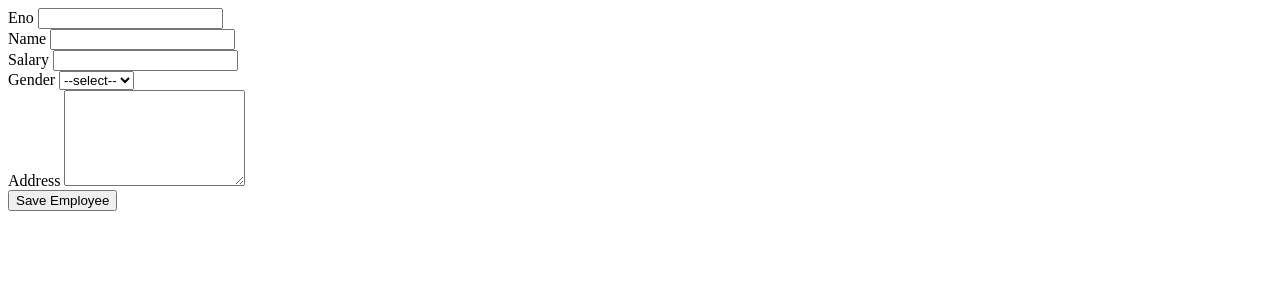
Repository: rajneesh1008/JavaWorld
Page: http://localhost/MOC1/Emp.jsp
These files come from the project's save history. The page is drawn as it stood at one moment and after the next save; the edit follows.
The browser window is 1280 px wide. The pictures show the whole page.
The page is served by Tomcat 9.

Above is the page before, as saved 2019-05-06 01:10:07.

After the next save:
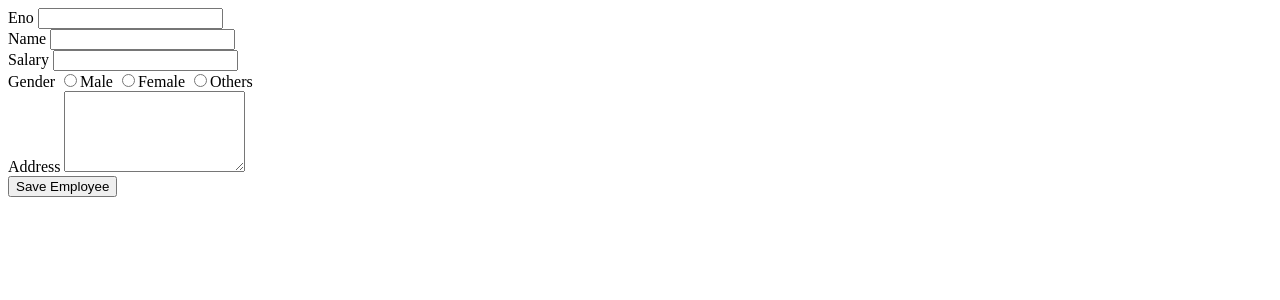
Saved 5 min 26 s later.
--- a/Project/MOC1/WebContent/Emp.jsp
+++ b/Project/MOC1/WebContent/Emp.jsp
@@ -22,18 +22,18 @@
 </div>
 <div>
 <label>Gender</label>
-<select name="gender">
-<option>--select--</option>
-<option>Male</option>
-<option>Female</option>
-<option>others</option>
-</select>
+<INPUT TYPE="radio" name="gender" value="Male"/>Male
+<INPUT TYPE="radio" name="gender" value="Female"/>Female
+<INPUT TYPE="radio" name="gender" value="Others"/>Others<br>
 </div>
 <div>
 <label>Address</label>
-<textarea rows="6" cols="20" name="address"></textarea>
+<textarea rows="5" cols="20" name="address"></textarea>
 </div>
+<div>
 <button>Save Employee</button>
+</div>
 </form>
+
 </body>
 </html>
